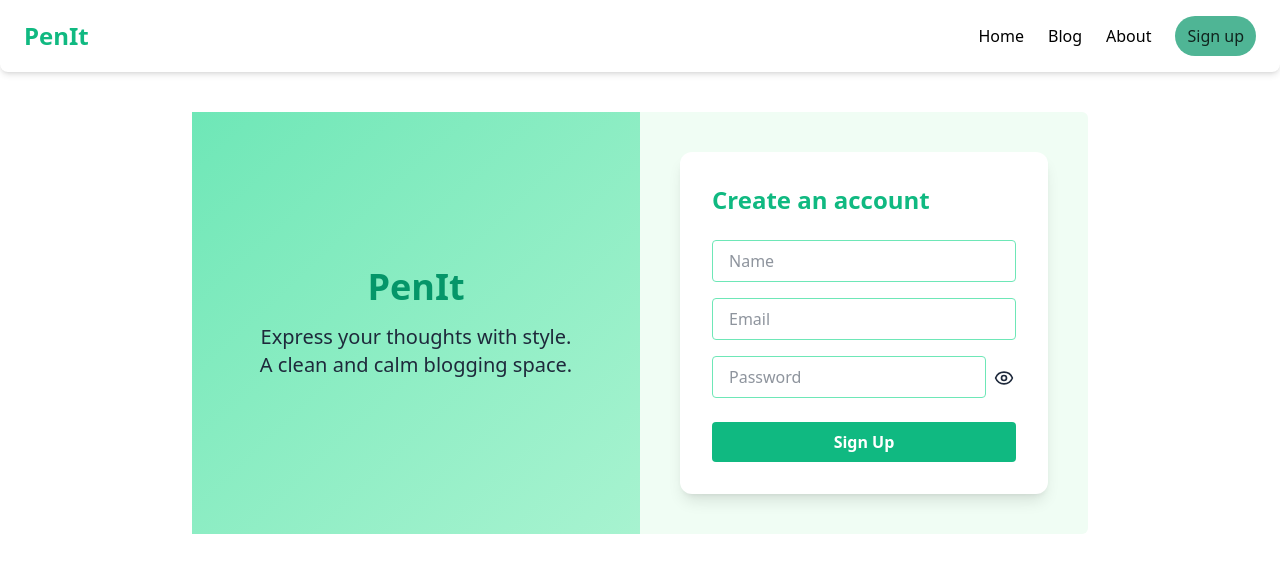
Repository: Mounika-chukkala/PenIt
Page: /signup (app in frontend/)
The author's editor kept a copy of each file at every save. The page is drawn from the files as they stood at one save, then again after the next save.
The browser window is 1280 px wide. The pictures show the whole page.
The project was rebuilt for these pictures with package versions that can differ from the ones it lists, and the page was loaded fresh each time. Also part of the build but not shown: frontend/vite.config.js, frontend/src/Pages/Login.jsx, frontend/src/components/CreateBlog.jsx.

Above is the page before, as saved 2025-05-20 18:16:51.

After the next save:
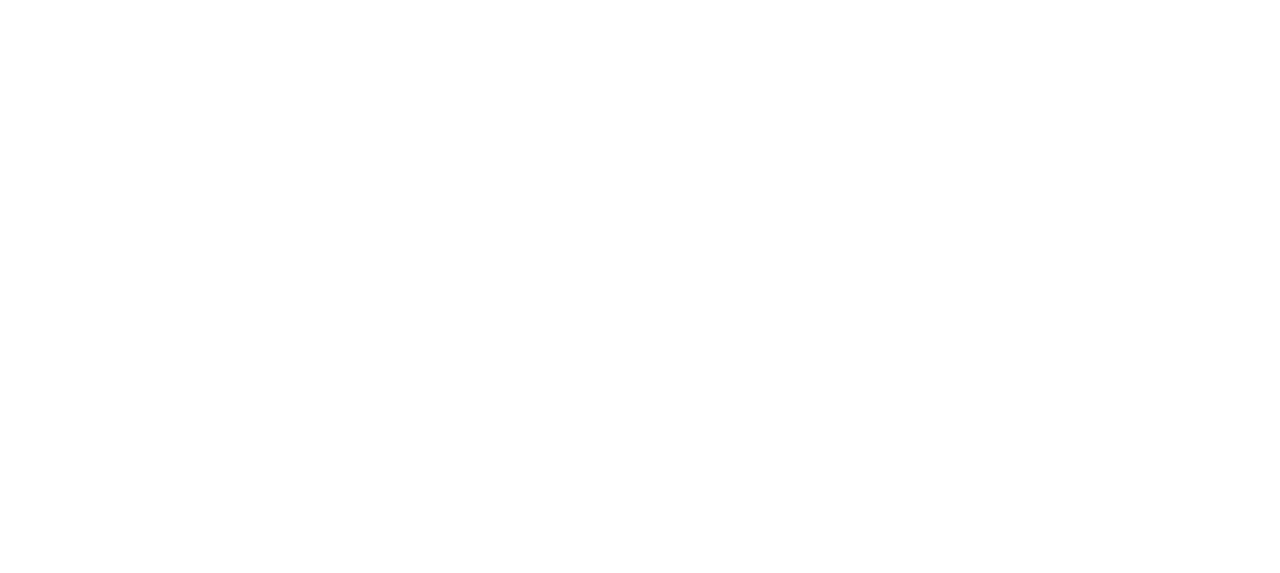
Console error: ReferenceError: NULL is not defined
Saved 35 s later.
--- a/frontend/src/components/Navbar.jsx
+++ b/frontend/src/components/Navbar.jsx
@@ -5,7 +5,7 @@
   const [isLogged, setLogged] = useState(false);
   const item = localStorage.getItem("User");
   useEffect(()=>{
-  if (item) {
+  if (item!=NULL) {
     setLogged(true);
   }
 },isLogged)

After the save that followed:
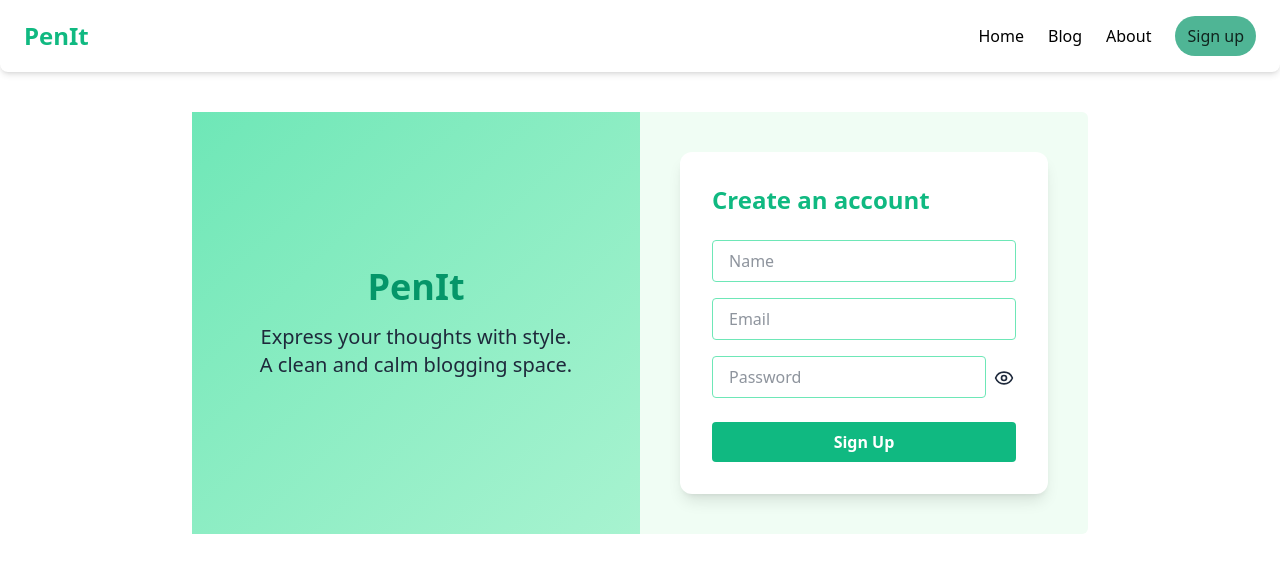
The error is gone.
Saved 6 s later.
--- a/frontend/src/components/Navbar.jsx
+++ b/frontend/src/components/Navbar.jsx
@@ -5,7 +5,7 @@
   const [isLogged, setLogged] = useState(false);
   const item = localStorage.getItem("User");
   useEffect(()=>{
-  if (item!=NULL) {
+  if (item!=null) {
     setLogged(true);
   }
 },isLogged)
